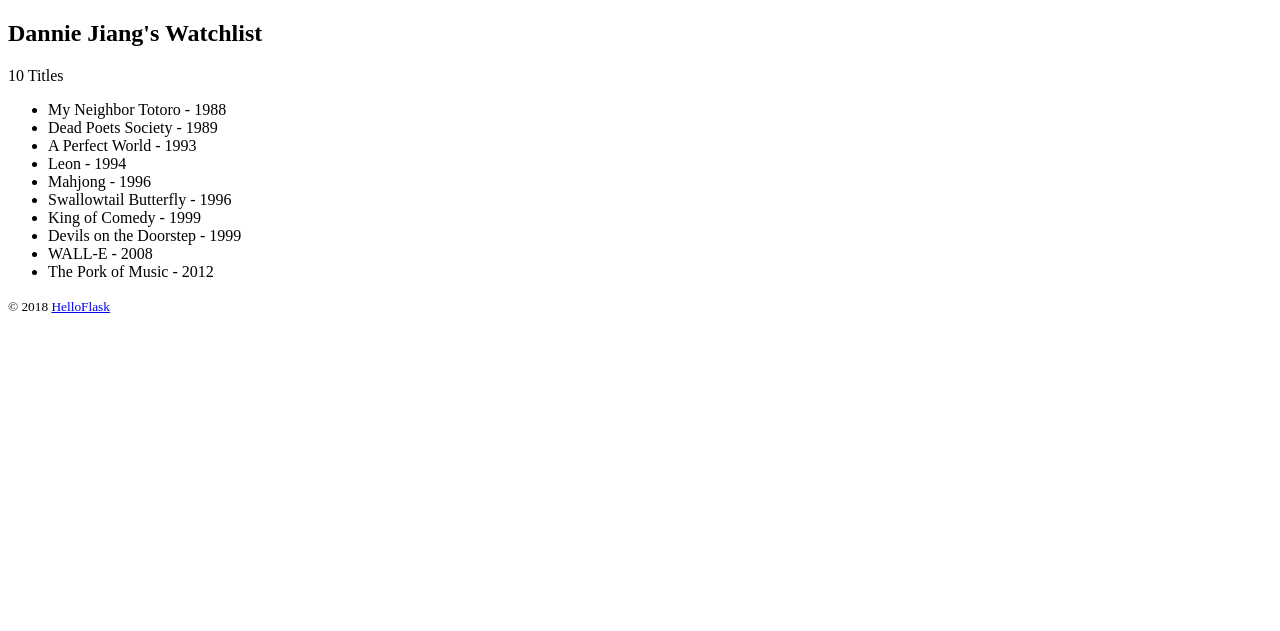
Repository: Yangtze-flowing/watchlist
Page: http://localhost/
The author's editor kept a copy of each file at every save. The page is drawn from the files as they stood at one save, then again after the next save.
The browser window is 1280 px wide. The pictures show the whole page.
The page is served by the project's application, run on Flask 3 (app.py).

Above is the page before, as saved 2024-03-12 18:14:38.

### templates/index.html
<!DOCTYPE html>
<html lang="en">
<head>
    <meta charset="utf-8">
    <title>{{ name }}'s Watchlist</title>
    <link rel="icon" href="{{ url_for('static', filename='uni-logo-64px.png') }}">
</head>
<body>
    <h2>{{ name }}'s Watchlist</h2>
    {# 使用 length 过滤器获取 movies 变量的长度 #}
    <p>{{ movies|length }} Titles</p>
    <ul>
        {% for movie in movies %}  {# 迭代 movies 变量 #}
        <li>{{ movie.title }} - {{ movie.year }}</li>  {# 等同于 movie['title'] #}
        {% endfor %}  {# 使用 endfor 标签结束 for 语句 #}
    </ul>
    <footer>
        <small>&copy; 2018 <a href="http://helloflask.com/book/3">HelloFlask</a></small>
    </footer>
</body>
</html>

### app.py
from flask import Flask

app = Flask(__name__)#和文件名称应当一致

name = 'Dannie Jiang'
movies = [
    {'title': 'My Neighbor Totoro', 'year': '1988'},
    {'title': 'Dead Poets Society', 'year': '1989'},
    {'title': 'A Perfect World', 'year': '1993'},
    {'title': 'Leon', 'year': '1994'},
    {'title': 'Mahjong', 'year': '1996'},
    {'title': 'Swallowtail Butterfly', 'year': '1996'},
    {'title': 'King of Comedy', 'year': '1999'},
    {'title': 'Devils on the Doorstep', 'year': '1999'},
    {'title': 'WALL-E', 'year': '2008'},
    {'title': 'The Pork of Music', 'year': '2012'},
]

from flask import Flask, render_template

# ...

@app.route('/')
def index():
    return render_template('index.html', name=name, movies=movies)

After the next save:
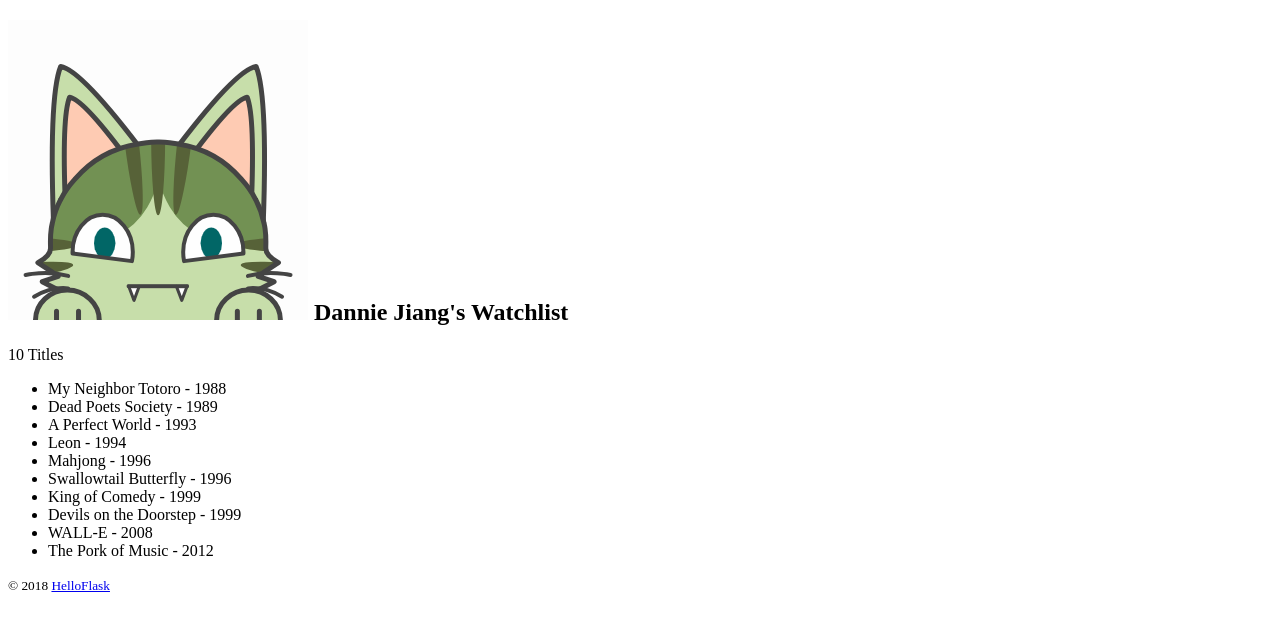
Saved 5 min 24 s later.
--- a/templates/index.html
+++ b/templates/index.html
@@ -6,7 +6,10 @@
     <link rel="icon" href="{{ url_for('static', filename='uni-logo-64px.png') }}">
 </head>
 <body>
-    <h2>{{ name }}'s Watchlist</h2>
+    <h2>
+        <img alt="Avatar" src="{{ url_for('static', filename='images/avatar.png') }}">
+        {{ name }}'s Watchlist
+    </h2>
     {# 使用 length 过滤器获取 movies 变量的长度 #}
     <p>{{ movies|length }} Titles</p>
     <ul>
